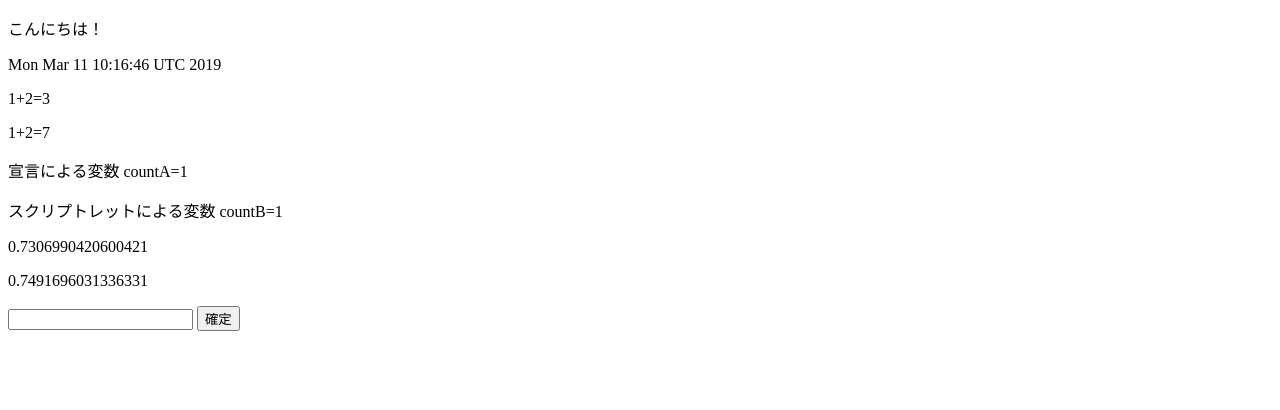
Repository: izumiisme/test
Page: http://localhost/HelloJSP/
An editor plug-in stored every save of this project. The page is shown before and after the next save, followed by the edit.
The browser window is 1280 px wide. The pictures show the whole page.
The page is served by Tomcat 9.

Above is the page before, as saved 2019-03-11 11:10:36.

After the next save:
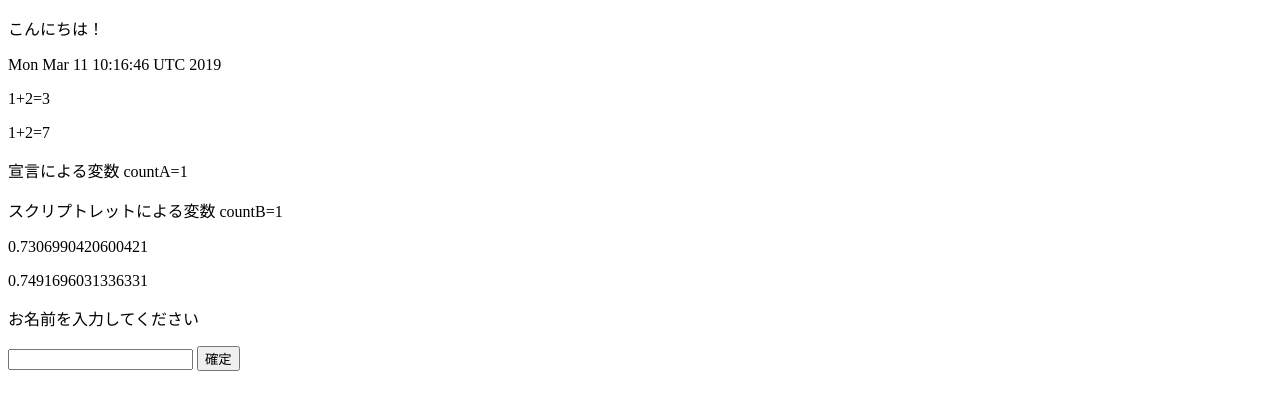
Saved 61 s later.
--- a/HelloJSP/WebContent/index.jsp
+++ b/HelloJSP/WebContent/index.jsp
@@ -39,7 +39,7 @@ countB++;
 <p><%=Math.random() %></p>
 
 
-
+<p>お名前を入力してください</p>
 <form method="post" action="greeting-out.jsp">
 <input type="test" name="user">
 <input type="submit" value="確定">
